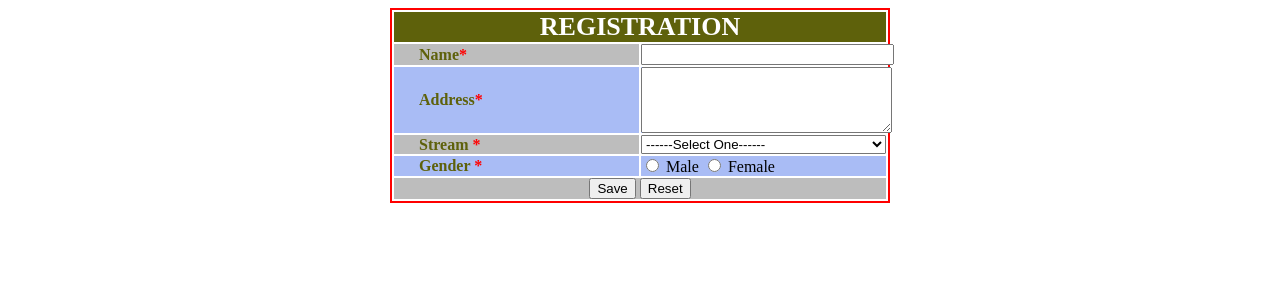
Repository: nsbgit/JavaTutorial
Page: http://localhost/Proj/
An editor plug-in stored every save of this project. The page is shown before and after the next save, followed by the edit.
The browser window is 1280 px wide. The pictures show the whole page.
The page is served by Tomcat 9.

Above is the page before, as saved 2013-09-29 08:45:42.

### Webel/IDE/2013-09-29/TheSukanta/Proj/WebContent/first.jsp
<%@ page language="java" contentType="text/html; charset=ISO-8859-1"
    pageEncoding="ISO-8859-1"%>
<!DOCTYPE html PUBLIC "-//W3C//DTD HTML 4.01 Transitional//EN" "http://www.w3.org/TR/html4/loose.dtd">
<html>
<head>
<meta http-equiv="Content-Type" content="text/html; charset=ISO-8859-1">
<title>Insert title here</title>
<style type="text/css">
	.hd {
		background-color: #5E610B;
		color: white;
		font-size:  26px;
		font-weight: bold;
	}
	.lbl {
		font-weight: bold; color: #5E610B; padding-left: 25px;
	}
	.tab {
		border: 2px solid red;
	}
	.odd {
		background-color: #BDBDBD;
	}
	.even {
		background-color: #A9BCF5;
	}
</style>
</head>
<body>
	<table width="500px" align="center" class="tab" border="0" cellpadding="0">
		<tr>
			<td align="center" colspan="2" class="hd"> REGISTRATION  </td>
		</tr>
		<tr class="odd">
			<td width="50%" class="lbl">Name<font color="red">*</font> </td>
			<td>
				<input type="text" name="sName" id="sName" style="width: 100%">
			</td>
		</tr>
		<tr class="even">
			<td width="50%" class="lbl">Address<font color="red">*</font> </td>
			<td>
				<textarea rows="4" cols="20" name="add" id="add"  style="width: 100%"></textarea>
			</td>
		</tr>
		<tr class="odd">
			<td width="50%" class="lbl">Stream <font color="red">*</font> </td>
			<td>
				<select name="stream" id="stream"  style="width: 100%">
					<option value="">------Select One------</option>
					<option value="cse">Computer Science</option>
					<option value="It">Information Technology</option>
					<option value="mca">MCA</option>
				</select>
			</td>
		</tr>
		<tr class="even">
			<td width="50%" class="lbl">Gender <font color="red">*</font> </td>
			<td>
				<input type="radio" name="gen" value="m"> Male
				<input type="radio" name="gen" value="f"> Female
			</td>
		</tr>
		<tr class="odd">
			<td colspan="2" align="center">
				<input type="submit" value="Save">
				<input type="reset" value="Reset">
			</td>
		</tr>
	</table>
</body>
</html>

After the next save:
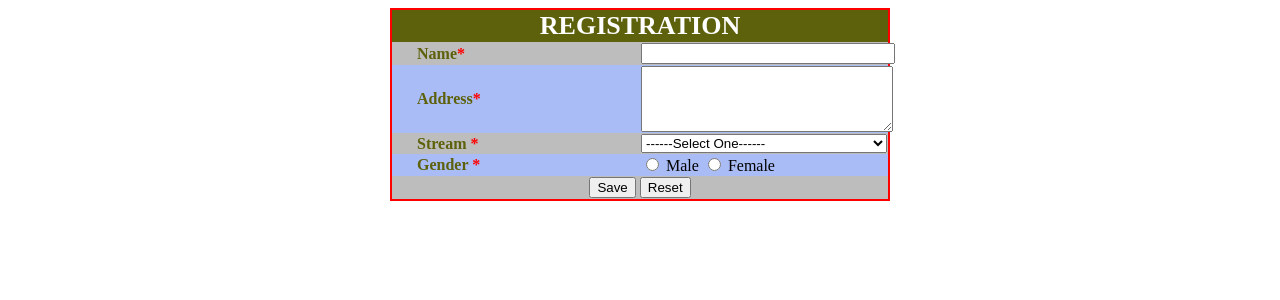
Saved 62 s later.
--- a/Webel/IDE/2013-09-29/TheSukanta/Proj/WebContent/first.jsp
+++ b/Webel/IDE/2013-09-29/TheSukanta/Proj/WebContent/first.jsp
@@ -27,7 +27,7 @@
 </style>
 </head>
 <body>
-	<table width="500px" align="center" class="tab" border="0" cellpadding="0">
+	<table width="500px" align="center" class="tab" border="0" cellspacing="0">
 		<tr>
 			<td align="center" colspan="2" class="hd"> REGISTRATION  </td>
 		</tr>
